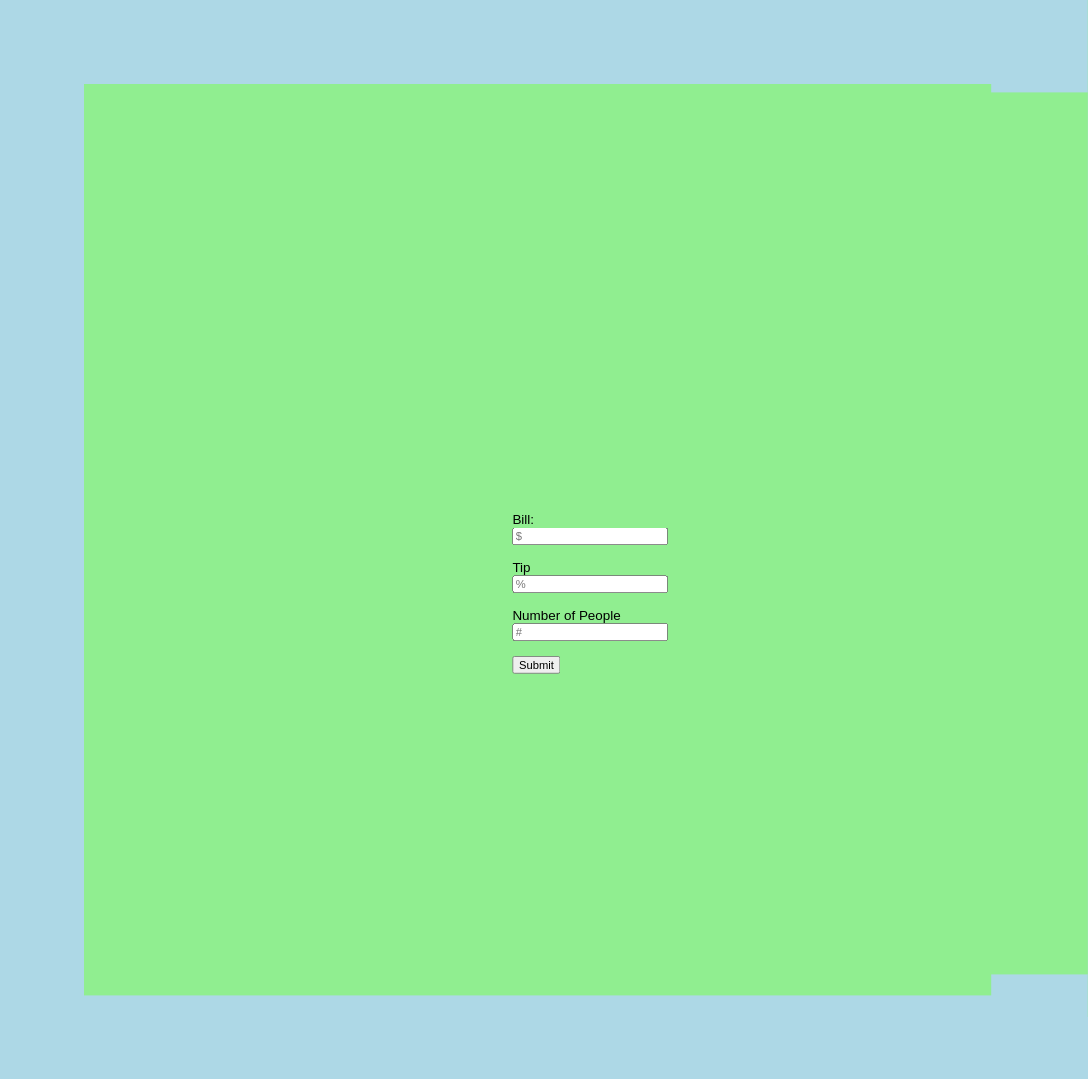
Repository: SamirIngley/Tip-Calculator
Page: tip_display.html
These files come from the project's save history. The page is drawn as it stood at one moment and after the next save; the edit follows.
The browser window is 1280 px wide. The page is 1295 px wide, so the pictures cover 1295 px, including what lies to the right of the window. The pictures show the whole page, at 84% of full size.

Above is the page before, as saved 2020-02-13 08:02:59.

### tip_display.html
<!DOCTYPE html>
<html lang="en">
<head>
    <meta charset="UTF-8">
    <meta name="viewport" content="width=device-width, initial-scale=1.0">
    <meta http-equiv="X-UA-Compatible" content="ie=edge">
    <link href="style.css" rel="stylesheet">
    <title>Tip Calculator</title>
</head>
<body>

    <div class="main-content">
        <div>
        <form id='form' class='form'>
            <div>
                <label>Bill:</label>
                <input id='bill' type="number" name="bill" placeholder="$">
            </div>
            <br>
            <div>
                <label>Tip</label>
                <input id='tip' type="number" name="tip" placeholder="%">
            </div>
            <br>
            <div>
                <label>Number of People</label>
                <input id='numppl' type="number" name="numppl" placeholder="#">
            </div>
            <br>
            <div>
                <input type="submit" name="submit" value="Submit">
            </div>
        </form>


        </div>

        <p id='tip-display'>
        </p>

        <p id='total-display'>
        </p>

        <p id='total-pp-display'>
        </p>

    </div>



    <script>

        const inputBill = document.getElementById('bill')
        const inputTip = document.getElementById('tip')
        const inputNumppl = document.getElementById('numppl')
        const form = document.getElementById('form')
        const displayTip = document.getElementById('tip-display')
        const displayTotal = document.getElementById('total-display')
        const displayTotalPP = document.getElementById('total-pp-display')


        function calculateTip() {

            const bill = parseInt(inputBill.value)
            const people = inputNumppl.value
            const percent = inputTip.value
            const tip = bill * percent / 100
            const total = bill + tip
            const totalPP = total / people
            console.log(bill)
            console.log(percent)
            console.log(total)
            console.log(tip)
            console.log(people)
            console.log(totalPP)

            displayTip.innerHTML = `Tip: $${tip.toFixed(2)}`
            displayTotal.innerHTML = `Total: $${total.toFixed(2)}`
            displayTotalPP.innerHTML = `Per Person: $${totalPP.toFixed(2)}`
        }



        form.addEventListener("submit", function(e) {
            e.preventDefault()
            calculateTip()
        })

        // inputBill.addEventListnener('change', function(e) {
        //     console.log(inputBill.value)
        //     const newBillAMount = parseFloat(e.target.value)

        // })

    </script>



</body>
</html>

### style.css
body {
    background-color: lightblue;
    margin: 100px;
}

div.main-content {
    background-color: lightgreen;
    display: grid;
    grid-gap: 5px;
    grid-template-columns: (4, 1fr);
    grid-template-rows: (4, 1fr);
    grid-template-areas: ". . . ."
                         ". . . ."
                         ". . . ."
                         ". . . ."

}


.main-content>div {
    display: flex;
    background-color: lightgreen;
    font-family: Arial, Helvetica, sans-serif;
    margin: 10px;
    border: 10px;
    padding: 500px;
    height: 50px;
}

.form>{
    background-color: lightcoral;


}

After the next save:
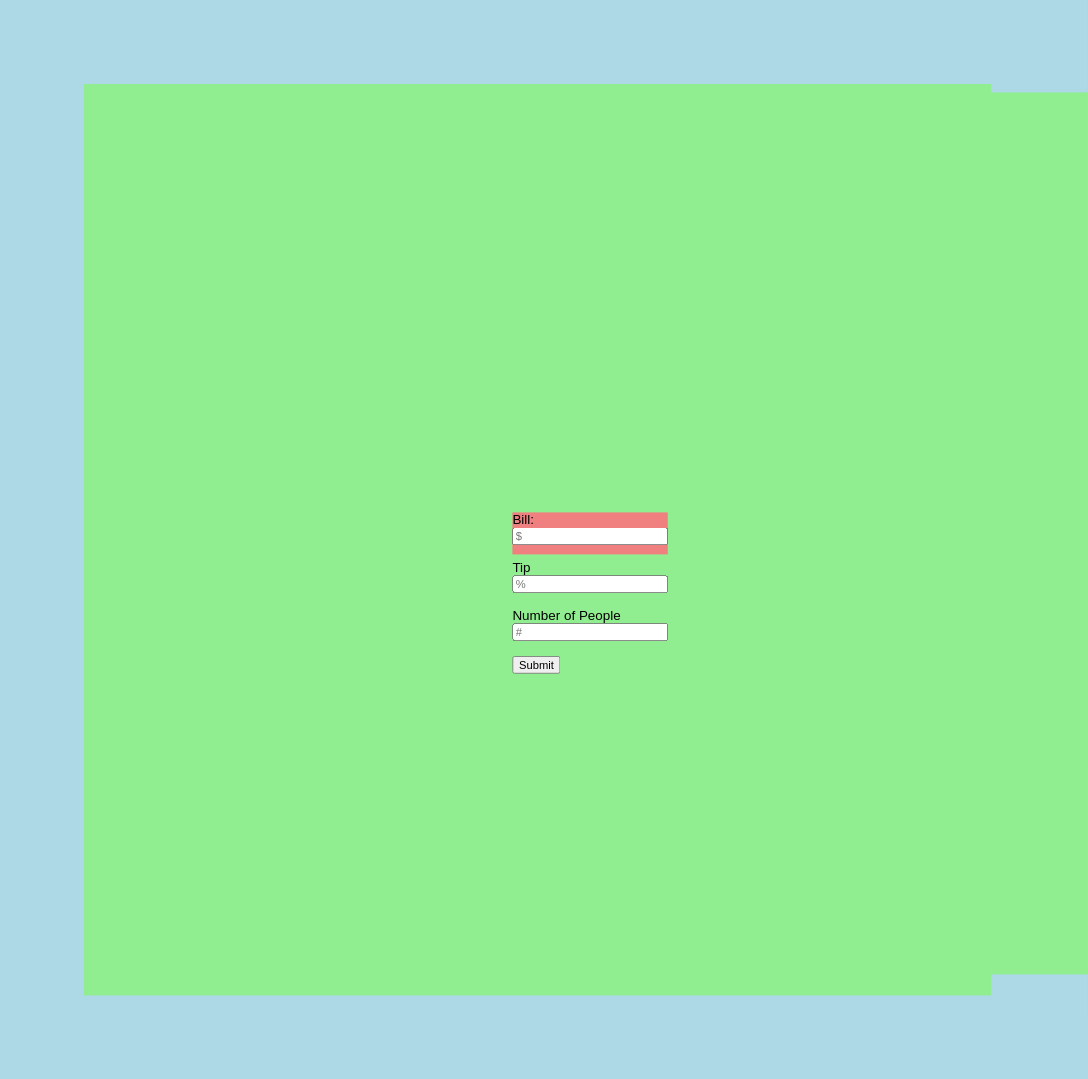
Saved 14 s later.
--- a/style.css
+++ b/style.css
@@ -27,7 +27,7 @@ div.main-content {
     height: 50px;
 }
 
-.form>{
+.form {
     background-color: lightcoral;
 
 
